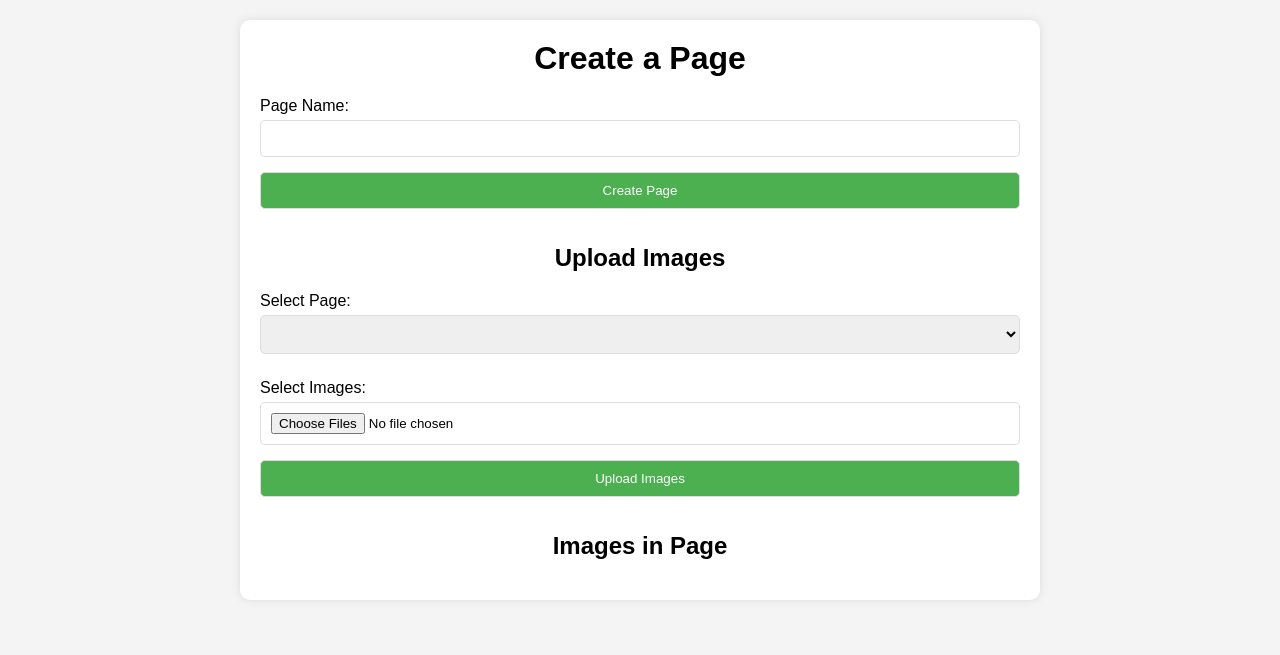
Repository: EphrahimLaanyu123/nffco-images
Page: html/index.html
An editor plug-in stored every save of this project. The page is shown before and after a run of saves, followed by the edit.
The browser window is 1280 px wide. The pictures show the whole page.
The page's requests for data from a server got no answer.

Above is the page before, as saved 2025-02-03 08:43:37.

### html/index.html
<!DOCTYPE html>
<html lang="en">
<head>
    <meta charset="UTF-8">
    <meta name="viewport" content="width=device-width, initial-scale=1.0">
    <title>Upload Images</title>
    <link rel="stylesheet" href="styles.css">
</head>
<body>
    <div class="container">
        <h1>Create a Page</h1>
        <form id="createPageForm">
            <label for="pageName">Page Name:</label>
            <input type="text" id="pageName" name="name" required>
            <button type="submit">Create Page</button>
        </form>

        <h2>Upload Images</h2>
        <form id="uploadImagesForm" enctype="multipart/form-data">
            <label for="pageId">Select Page:</label>
            <select id="pageId" name="page_id" required></select>

            <label for="images">Select Images:</label>
            <input type="file" id="images" name="images" multiple required>

            <button type="submit">Upload Images</button>
        </form>

        <h2>Images in Page</h2>
        <div id="imagesContainer"></div>
    </div>

    <script src="app.js"></script>
</body>
</html>

### html/styles.css
* {
    margin: 0;
    padding: 0;
    box-sizing: border-box;
}

body {
    font-family: Arial, sans-serif;
    background-color: #f4f4f4;
    padding: 20px;
}

.container {
    max-width: 800px;
    margin: 0 auto;
    background-color: #fff;
    padding: 20px;
    border-radius: 10px;
    box-shadow: 0 0 10px rgba(0, 0, 0, 0.1);
}

h1, h2 {
    text-align: center;
    margin-bottom: 20px;
}

form {
    margin-bottom: 20px;
}

form label {
    display: block;
    margin: 10px 0 5px;
}

form input, form select, form button {
    width: 100%;
    padding: 10px;
    margin-bottom: 15px;
    border-radius: 5px;
    border: 1px solid #ddd;
}

form button {
    background-color: #4CAF50;
    color: white;
    cursor: pointer;
}

form button:hover {
    background-color: #45a049;
}

#imagesContainer {
    display: flex;
    flex-wrap: wrap;
    gap: 10px;
    justify-content: center;
}

#imagesContainer img {
    max-width: 200px;
    max-height: 200px;
    border-radius: 8px;
}

### html/app.js
// URL for API
const API_URL = 'http://127.0.0.1:5000';

// Create a new page
document.getElementById('createPageForm').addEventListener('submit', async (e) => {
    e.preventDefault();
    const pageName = document.getElementById('pageName').value;

    if (pageName) {
        const response = await fetch(`${API_URL}/pages`, {
            method: 'POST',
            headers: {
                'Content-Type': 'application/json',
            },
            body: JSON.stringify({ name: pageName }),
        });

        const data = await response.json();

        if (response.ok) {
            alert(`Page '${pageName}' created successfully!`);
            loadPageSelect(); // Reload page select dropdown
        } else {
            alert('Error creating page');
        }
    }
});

// Upload images to a page
document.getElementById('uploadImagesForm').addEventListener('submit', async (e) => {
    e.preventDefault();

    const pageId = document.getElementById('pageId').value;
    const images = document.getElementById('images').files;

    if (pageId && images.length > 0) {
        const formData = new FormData();
        formData.append('page_id', pageId);
        for (const image of images) {
            formData.append('images', image);
        }

        const response = await fetch(`${API_URL}/pages/images`, {
            method: 'POST',
            body: formData,
        });

        const data = await response.json();

        if (response.ok) {
            alert('Images uploaded successfully!');
            loadPageImages(pageId); // Reload images for the selected page
        } else {
            alert('Error uploading images');
        }
    }
});

// Load pages into the page selector (dropdown)
async function loadPageSelect() {
    const response = await fetch(`${API_URL}/pages`);
    const data = await response.json();

    const pageSelect = document.getElementById('pageId');
    pageSelect.innerHTML = ''; // Clear existing options

    // Add default "Select Page" option
    const defaultOption = document.createElement('option');
    defaultOption.textContent = "Select Page";
    pageSelect.appendChild(defaultOption);

    data.pages.forEach(page => {
        const option = document.createElement('option');
        option.value = page.id;
        option.textContent = page.name;
        pageSelect.appendChild(option);
    });
}

// Load images for a specific page
async function loadPageImages(pageId) {
    const response = await fetch(`${API_URL}/pages/${pageId}/images`);
    const data = await response.json();

    const imagesContainer = document.getElementById('imagesContainer');
    imagesContainer.innerHTML = ''; // Clear existing images

    data.images.forEach(image => {
        const img = document.createElement('img');
        img.src = `data:[embedded picture, 43 characters]
        imagesContainer.appendChild(img);
    });
}

// Initial loading of pages and images
loadPageSelect();

After the next 4 saves:
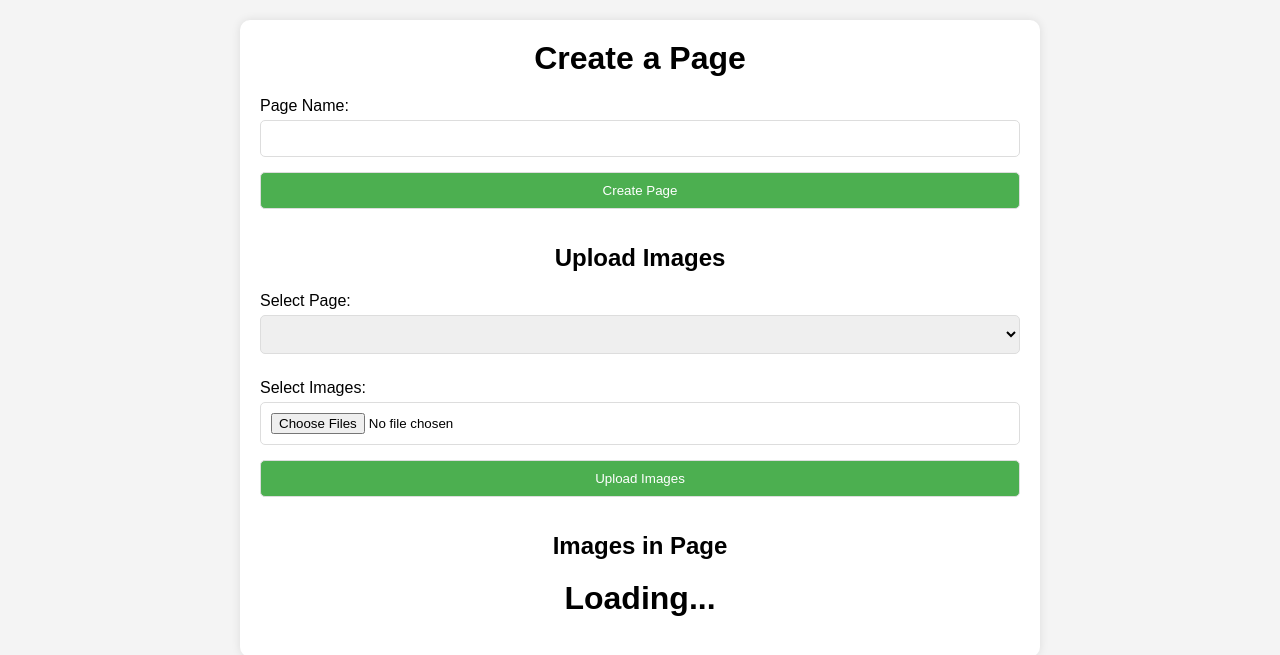
The 4 saves are shown as one change because they came seconds apart.
The last was saved 26 min 4 s later.
--- a/html/index.html
+++ b/html/index.html
@@ -28,6 +28,12 @@
 
         <h2>Images in Page</h2>
         <div id="imagesContainer"></div>
+        <div id="page-container">
+            <h1 id="page-name">Loading...</h1>
+            <div id="images-container">
+                <!-- Images will be displayed here -->
+            </div>
+        </div>
     </div>
 
     <script src="app.js"></script>
